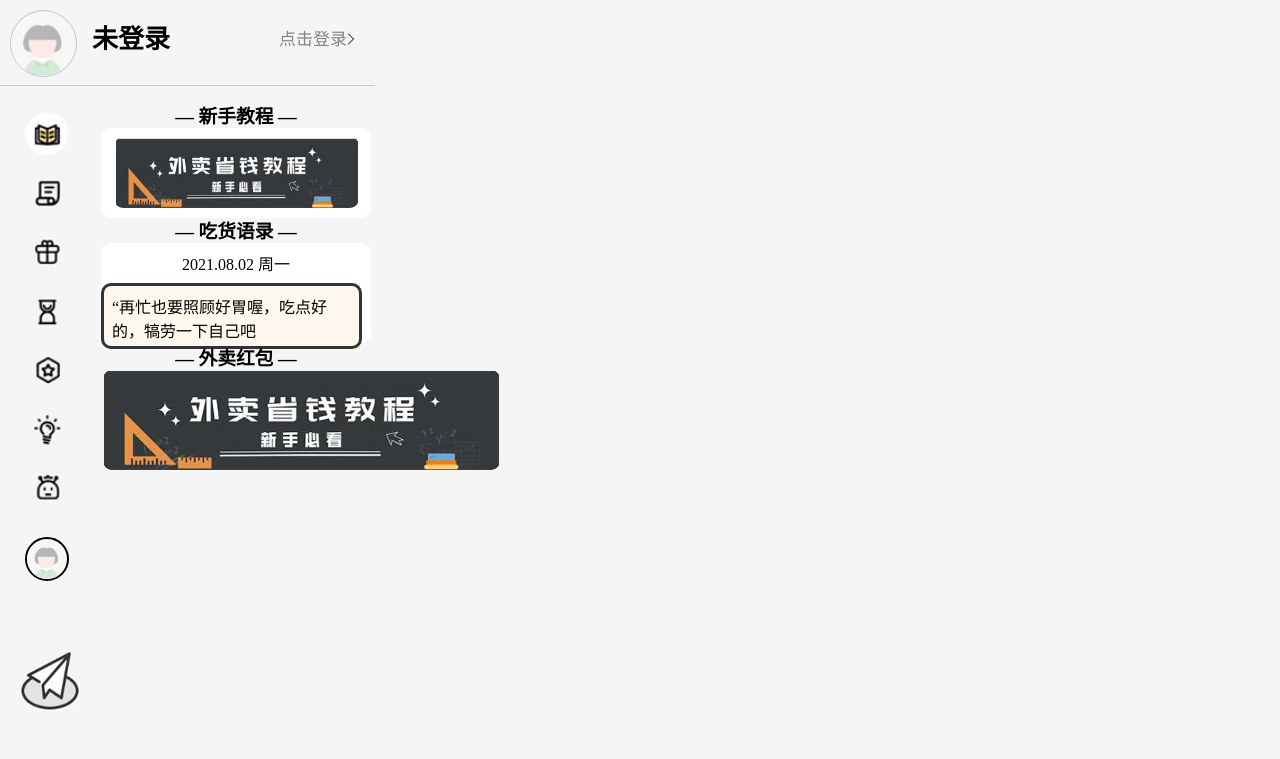
Repository: Privatexiao/projects
Page: Takeout assistant/index.html
An editor plug-in stored every save of this project. The page is shown before and after the next save, followed by the edit.
The browser window is 1280 px wide. The pictures show the whole page.

Above is the page before, as saved 2021-08-02 17:16:08.

After the next save:
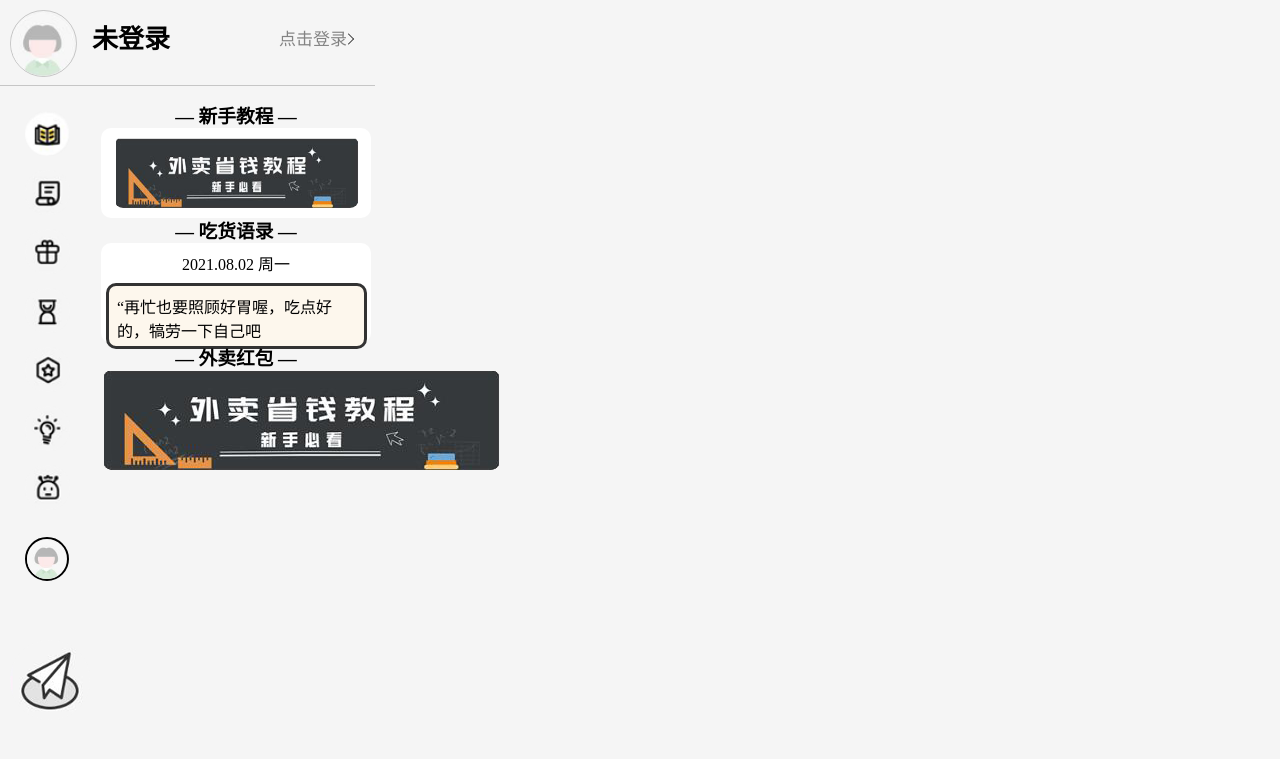
Saved 5 s later.
--- a/Takeout assistant/css/index.css
+++ b/Takeout assistant/css/index.css
@@ -130,7 +130,7 @@ ul,ol{
     height: 60px;
     border-radius: 10px;
     border: 3px solid rgb(51,51,51);
-    ma-left: 5px;
+    margin-left: 5px;
 }
 .VersionQuotation .chyl_nr p{
     text-align: left;
